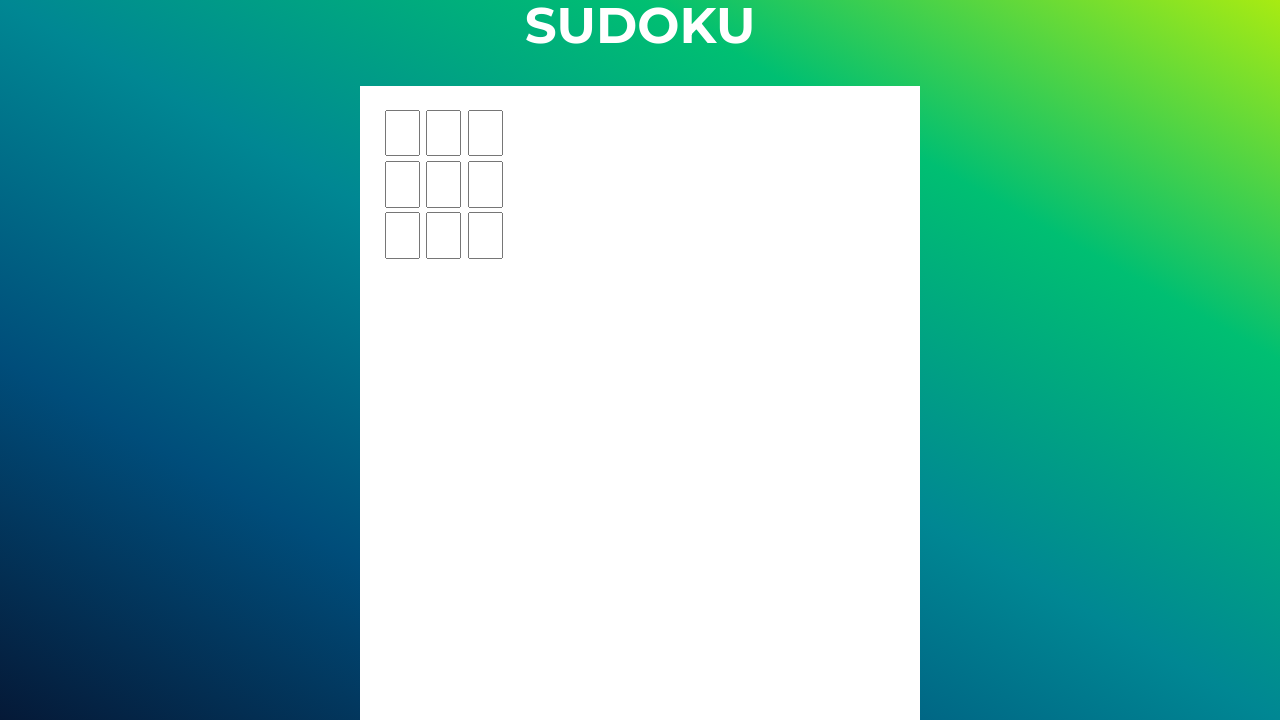
Repository: pattypetrikova/sudoku
Page: index.html
An editor plug-in stored every save of this project. The page is shown before and after the next save, followed by the edit.
The browser window is 1280 px wide. The pictures show the whole page.
Some web fonts or font styles are not loaded; a fallback is used.

Above is the page before, as saved 2022-12-30 10:43:55.

After the next save:
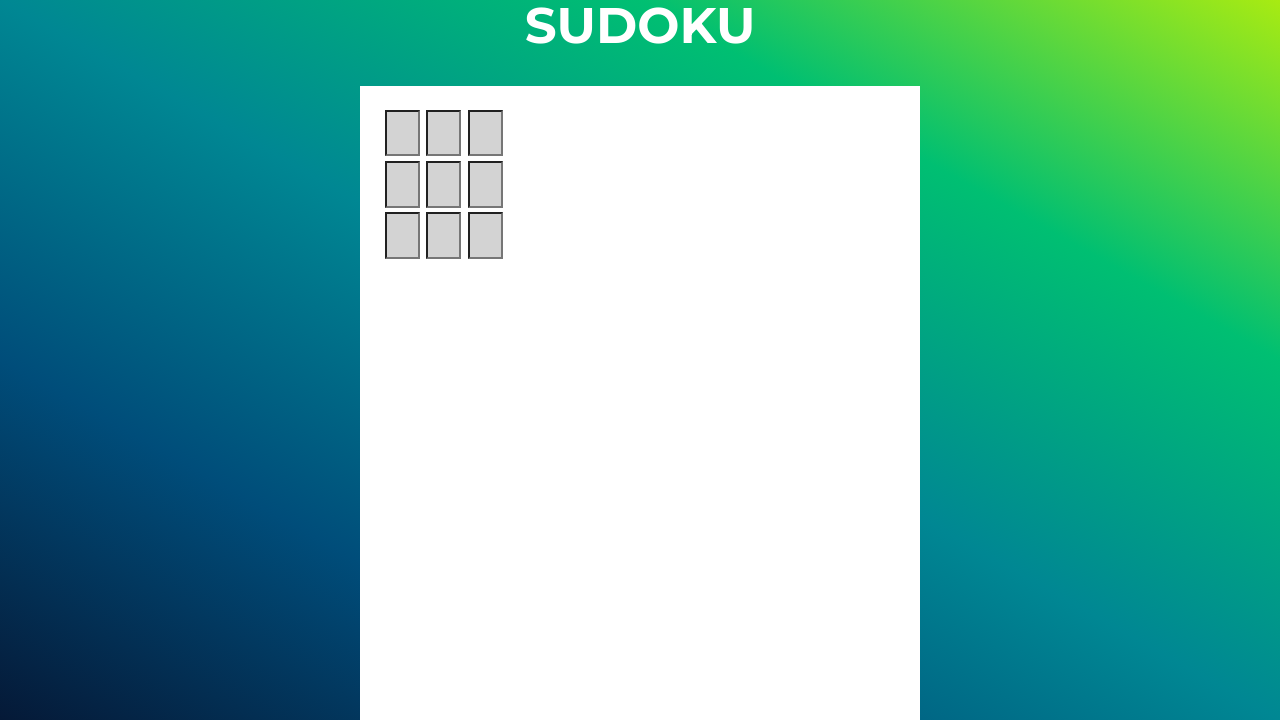
Saved 44 s later.
--- a/assets/style.css
+++ b/assets/style.css
@@ -52,4 +52,6 @@
 .number {
     width: 35px;
     height: 3.5em;
+    background-color: lightgray;
+    outline: none;
 }
